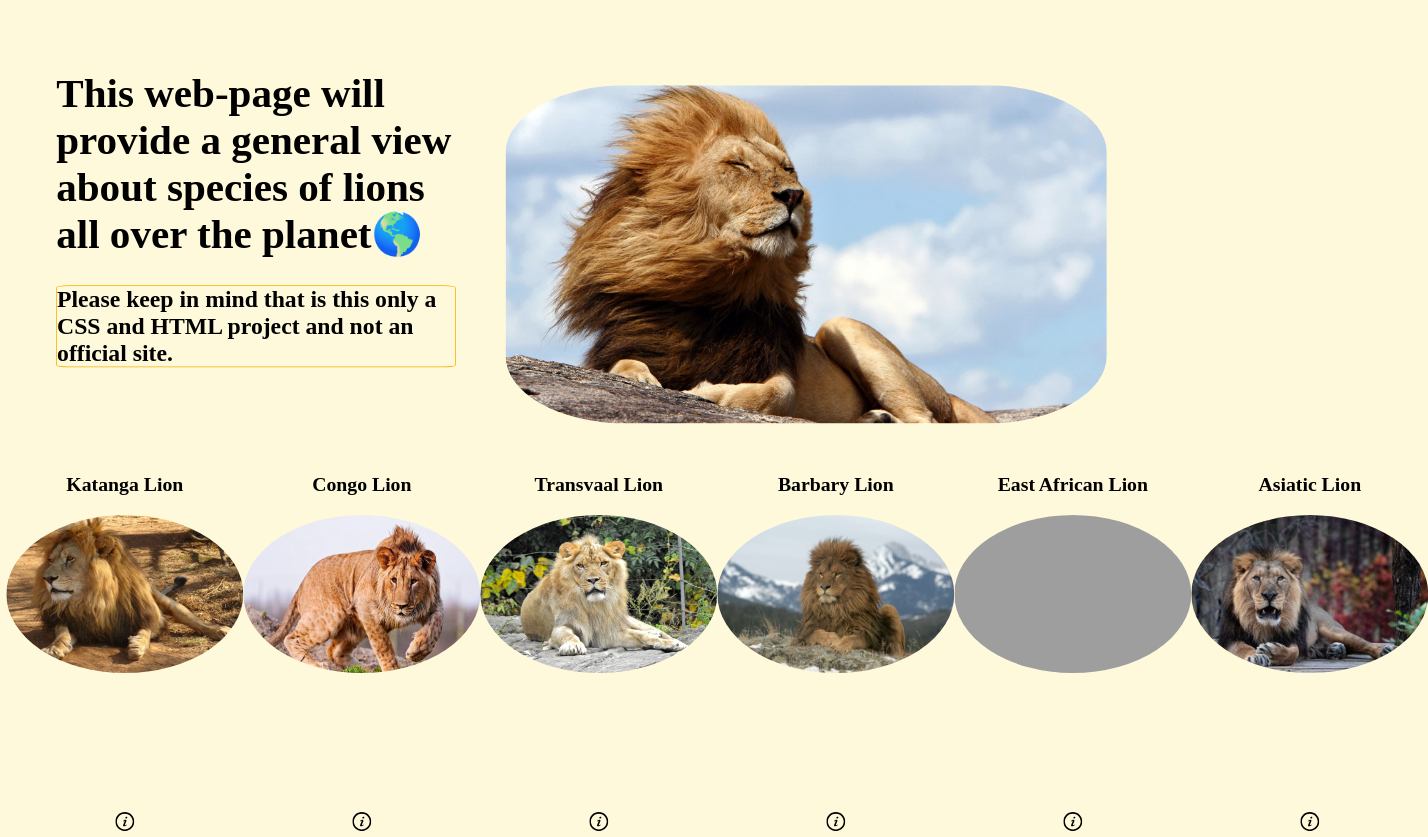
Repository: GeorgeManias/lions_project
Page: index.html
The author's editor kept a copy of each file at every save. The page is drawn from the files as they stood at one save, then again after the next save.
The browser window is 1280 px wide. The page is 1808 px wide, so the pictures cover 1808 px, including what lies to the right of the window. The pictures show the whole page, at 79% of full size.
Pictures or frames that could not be fetched are drawn as grey boxes.

Above is the page before, as saved 2021-11-03 20:59:42.

After the next save:
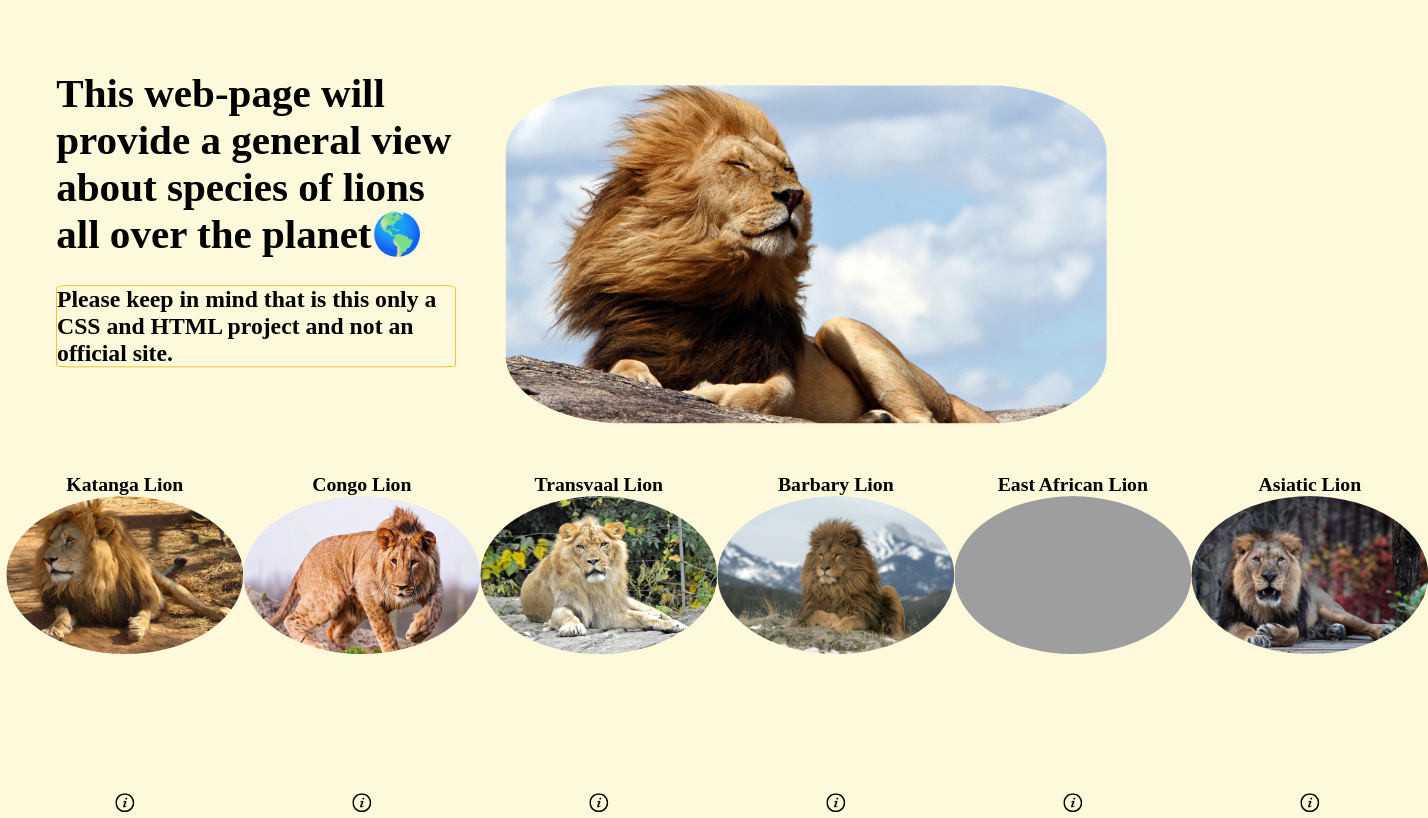
Saved 62 s later.
--- a/index.css
+++ b/index.css
@@ -110,6 +110,7 @@ header {
 
 .titles_6 {
   font-size: 2.5rem;
+  margin-bottom: 0.5%;
 }
 
 /*//////////////////////////////////////////////////////////////////////////////////////////////////////////////////////////////////////////////////////////////////*/
